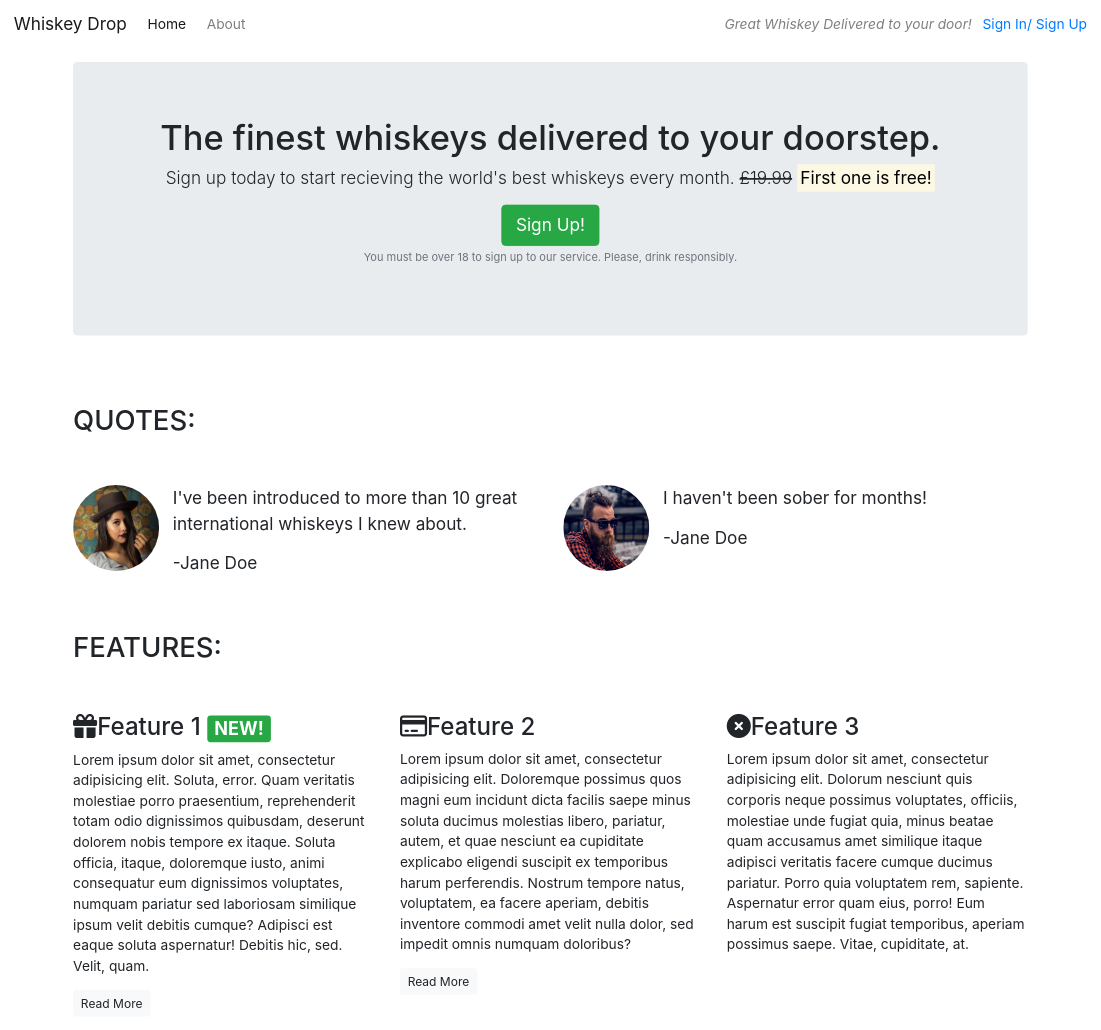
Repository: Leannald13/whiskey-project
Page: index.html
The author's editor kept a record of every edit. The page is drawn from the files as they stood at one moment, then again after the next edit.
The browser window is 1280 px wide. The pictures show the whole page, at 86% of full size.
Some web libraries are served in a nearby version.

Above is the page before.
Console error: TypeError: Cannot read properties of undefined (reading 'fn')

After the next edit:
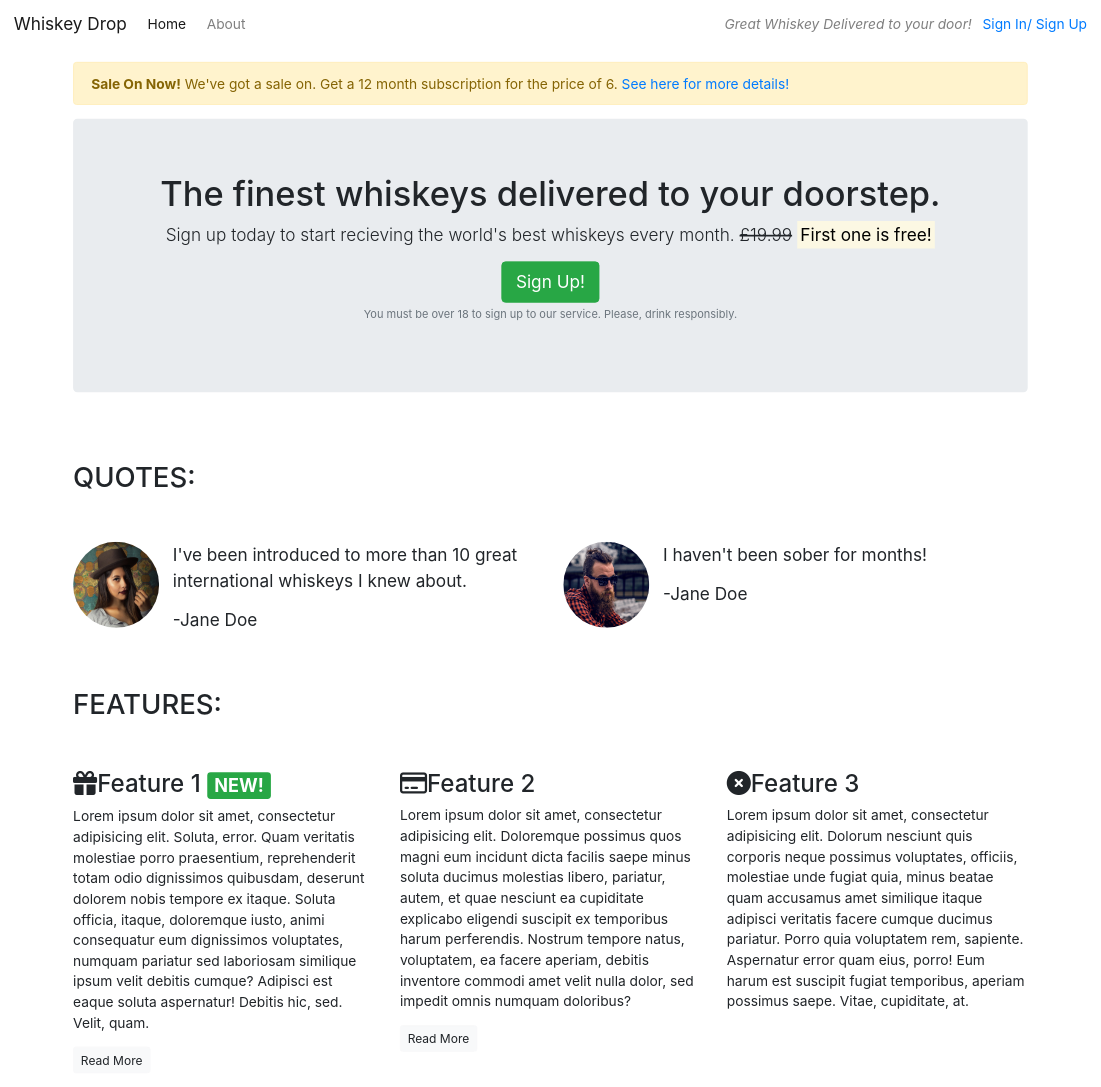
The edit:
--- a/index.html
+++ b/index.html
@@ -25,6 +25,14 @@
         </div>
     </nav>
     <article class="container mt-3">
+        <div class="row">
+            <div class="col-12">
+                <div class="alert alert-warning">
+                    <strong>Sale On Now!</strong> We've got a sale on. Get a 12 month subscription for the price of 6.
+                    <a href="">See here for more details!</a>
+                </div>
+            </div>
+        </div>
         <div class="row">
             <div class="col-12">
                 <section class="callout jumbotron text-center">
